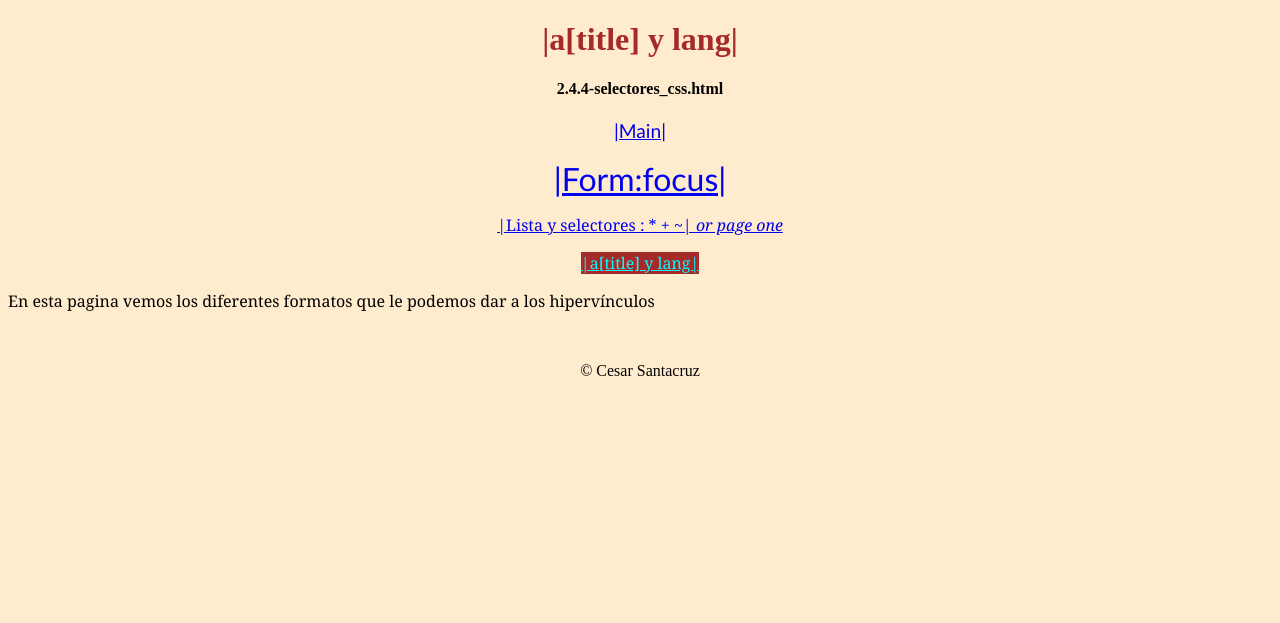
Repository: cesarsant0203/My_Study
Page: Introducción al desarrollo web/2-Css/2.4.4-selectores_css.html
The author's editor kept a copy of each file at every save. The page is drawn from the files as they stood at one save, then again after a run of saves.
The browser window is 1280 px wide. The pictures show the whole page.

Above is the page before, as saved 2020-04-28 19:56:49.

### Introducción al desarrollo web/2-Css/2.4.4-selectores_css.html
<!DOCTYPE html>
<html lang="es">

<head>
    <meta charset="utf-8" />
    <title> Selectores CSS </title>
    <link href="2.4.4-selectores_css.css" rel="stylesheet" />
</head>

<body>

    <h1 id="titulo">|a[title] y lang|</h1>
    <h4>2.4.4-selectores_css.html</h4>
    <section id="mySection" class="box">
        <nav>
            <p>
                <a href="2.4-selectores_css.html" title="Indice">|Main|</a>
            </p>
            <p>
                <a href="2.4.2-selectores_css.html" title="Visitado">|Form:focus|</a>
            </p>
            <p>
                <a href="2.4.3-selectores_css.html" title="Pagina 1">|Lista y selectores : * + ~|
                    <span lang="en"> or page one</span></a>
            </p>
            <p>
                <a href="2.4.4-selectores_css.html" id="top-one">|a[title] y lang|</a>
            </p>
        </nav>
    </section>
    <article>
        <p>
            En esta pagina vemos los diferentes formatos que le podemos
             dar a los hipervínculos
        </p>
    </article>
    <footer>
        &copy Cesar Santacruz
    </footer>
</body>

</html>

### Introducción al desarrollo web/2-Css/2.4.4-selectores_css.css
/*a[title]{
    font-weight: bold;
}
*/
h1#titulo, h4, section#mySection {
    text-align: center;
}
h1 {
    color: brown;
}
*{
    background-color: blanchedalmond;
}
a[title=Visitado]{
    font-family: 'Gill Sans', 'Gill Sans MT', Calibri, 'Trebuchet MS', sans-serif;
    font-size: xx-large;
}
a[id |=top] {
    background-color: brown;
    color: aqua;
}
a[title~=Indice]{
    font-family: 'Gill Sans', 'Gill Sans MT', Calibri, 'Trebuchet MS', sans-serif;
    font-size: larger;
}
:lang(en){
    font-style: italic;
}
p {
    font-family: Georgia, 'Times New Roman', Times, serif;
    font-size: ;
}
footer {
    position: relative;
    margin-top: 50px;
    text-align: center;
    height: 30px;
}

After the next 2 saves:
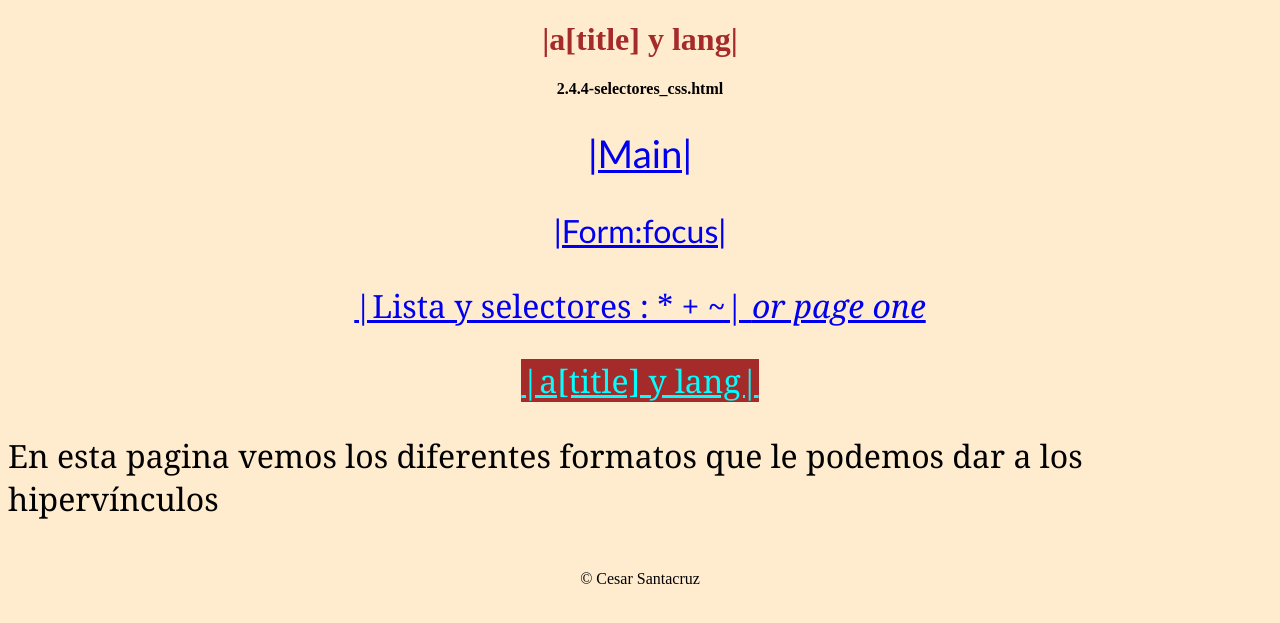
The 2 saves are shown as one change because they came seconds apart.
The last was saved 5 s later.
--- a/Introducción al desarrollo web/2-Css/2.4.4-selectores_css.css
+++ b/Introducción al desarrollo web/2-Css/2.4.4-selectores_css.css
@@ -28,7 +28,8 @@ a[title~=Indice]{
 }
 p {
     font-family: Georgia, 'Times New Roman', Times, serif;
-    font-size: ;
+    font-size: 2em;
+
 }
 footer {
     position: relative;
